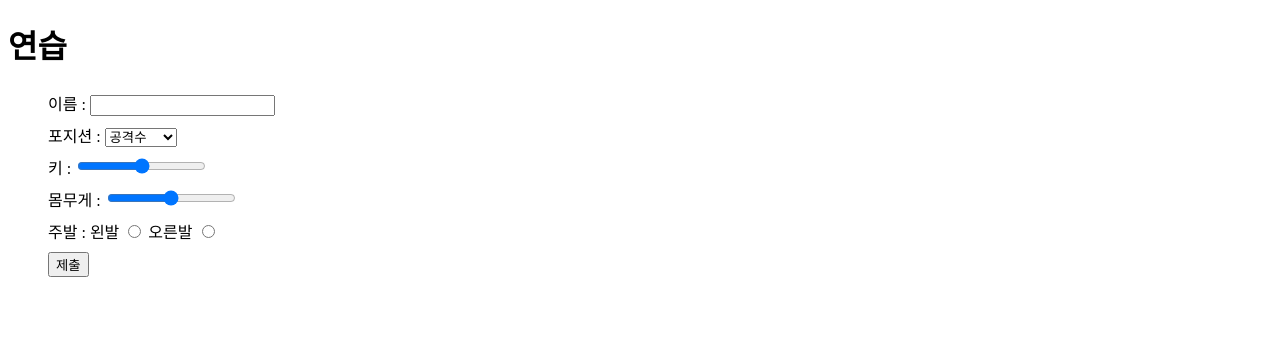
Repository: Simyoungdo04/dynamic-workspace
Page: FirstProject/src/main/webapp/views/practice.html
These files come from the project's save history. The page is drawn as it stood at one moment and after a run of saves; the edit follows.
The browser window is 1280 px wide. The pictures show the whole page.

Above is the page before, as saved 2026-05-04 08:42:35.

### FirstProject/src/main/webapp/views/practice.html
<!DOCTYPE html>
<html>
<head>
<meta charset="UTF-8">
<title>Insert title here</title>
<style>
	ul{
		list-style: none;
		line-height: 200%;
	}
</style>
</head>
<body>
	<h1>연습</h1>
	<form method="get" action="http://localhost:8088/first/practice.do">
		<ul>
			<li>
				이름 : <input type="text" name="name"/>
			</li>
			<li>
				포지션 :
				<select name="position">
					<option>공격수</option>
					<option>미드필더</option>
					<option>수비수</option>
				</select>
			</li>
			<li>
				키 : <input type="range" min="160" max="210" name="height"/>
			</li>
			<li>
				몸무게 : <input type="range" min="50" max="120" name="weight"/>
			</li>
			<li>
				주발 :
				왼발 <input type="radio" name="leftFoot"/>
				오른발 <input type="radio" name="rightFoot"/>
			</li>
			<li>

			</li>
			<li>

			</li>
			<li>

			</li>
			<li>

			</li>
			<li>
				<button type="submit">제출</button>
			</li>
		</ul>
	</form>
</body>
</html>

After the next 2 saves:
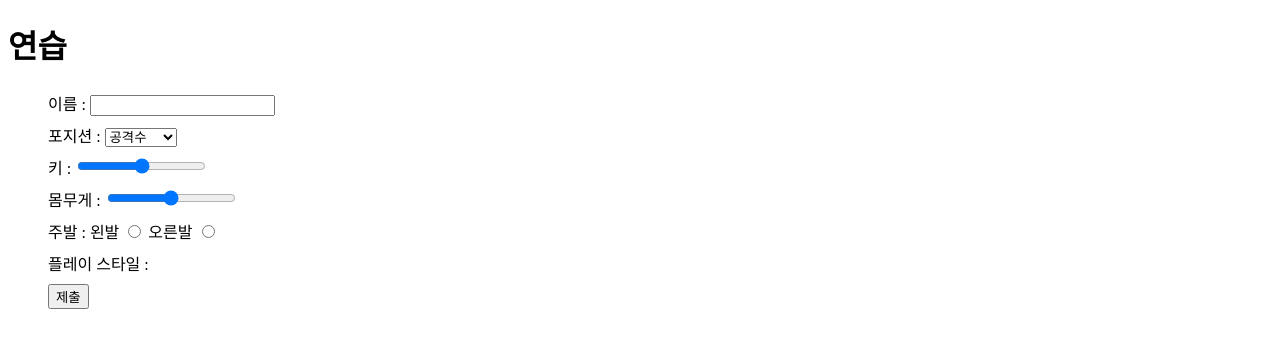
The 2 saves are shown as one change because they came seconds apart.
The last was saved 82 s later.
--- a/FirstProject/src/main/webapp/views/practice.html
+++ b/FirstProject/src/main/webapp/views/practice.html
@@ -37,6 +37,7 @@
 				오른발 <input type="radio" name="rightFoot"/>
 			</li>
 			<li>
+				플레이 스타일 :
 
 			</li>
 			<li>
